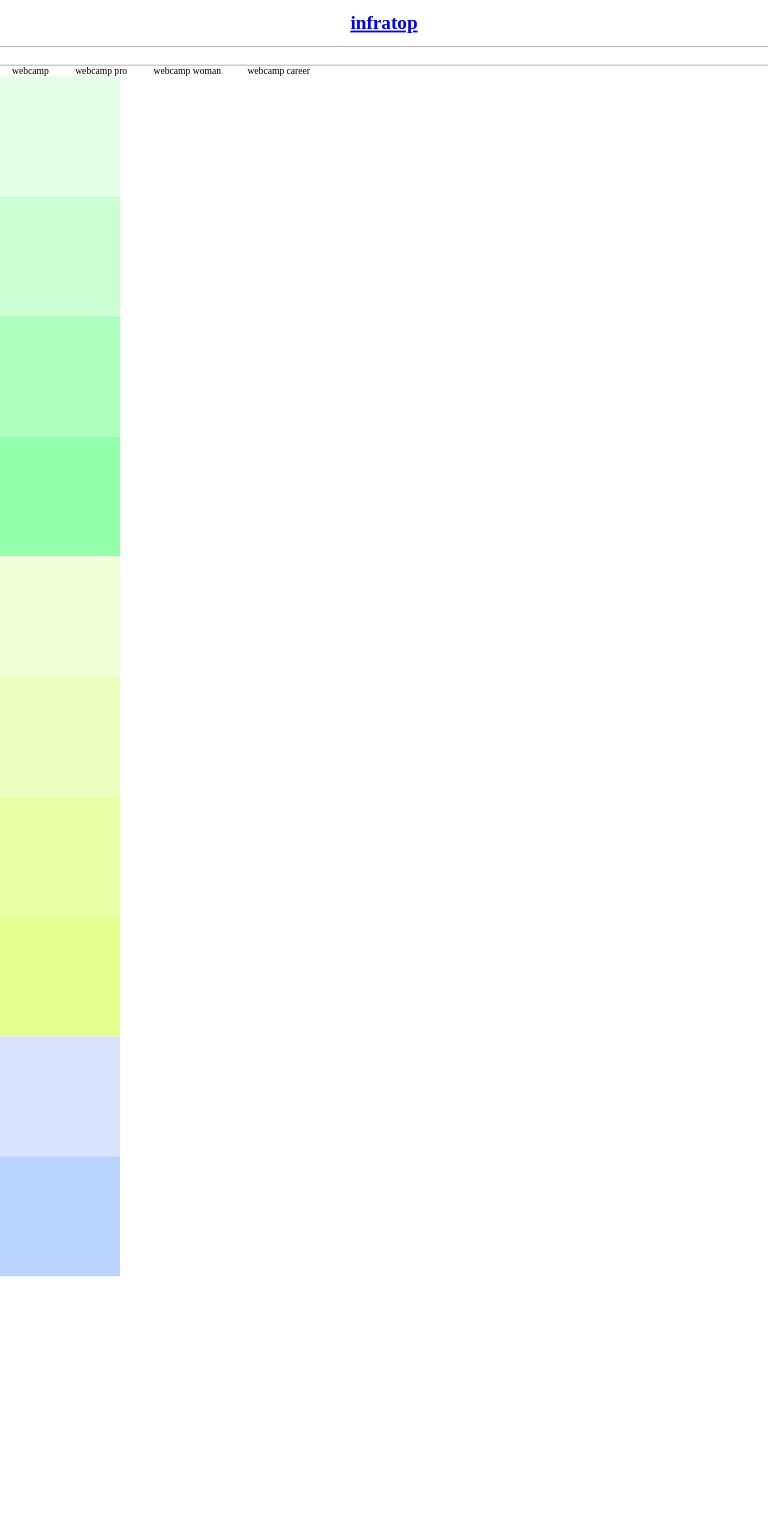
Repository: NANAKUNITA/chapter10
Page: chapter5/chapter5.html
The author's editor kept a record of every edit. The page is drawn from the files as they stood at one moment, then again after the next edit.
The browser window is 1280 px wide. The pictures show the whole page, at 60% of full size.

Above is the page before.

### chapter5/chapter5.html
<!DOCCTYPE html>
<html lang="ja">
  <head>
    <meta charset="UTF-8"/>
    <link rel="stylesheet" href="chapter5.css">
    <title>infratop</title>
  </head>

  <body>
    <header>
      <h1 class="header">
        <a href="chapter5.html">
          infratop
        </a>
      </h1>
    </header>

    <nav>
      <ul class="nav-list"></ul>
        <li class="nav-list-item">webcamp</li>
        <li class="nav-list-item">webcamp pro</li>
        <li class="nav-list-item">webcamp woman</li>
        <li class="nav-list-item">webcamp career</li>
    </nav>

   <div class="box1"></div>
   <div class="box2"></div>
   <div class="box3"></div>
   <div class="box4"></div>
   <div class="box5"></div>
   <div class="box6"></div>
   <div class="box7"></div>
   <div class="box8"></div>
   <div class="box9"></div>
   <div class="box10"></div>
   <div class="box11"></div>
   <div class="box12"></div>
  </body>
</html>

### chapter5/chapter5.css
*{
  margin: 0;
  padding: 0;
  box-sizing: border-box;
}

header{
  width:100%;
  padding:20px 0;
  text-align:center;
}

.nav-list{
  text-align:center;
  padding:15px 0;
  margin:0 auto;
  border-bottom:1px solid #848282;
  border-top:1px solid #848282;
}

.nav-list-item{
  list-style:none;
  display:inline-block;
  margin:0 20px;
}

.main{
  width:800px;
 margin:50px auto;
 display: flex;
 flex-wrap: wrap;
}

.box1{
  width: 200px;
  height: 200px;
  background-color: #e6ffe9;
}

.box2{
  width: 200px;
  height: 200px;
  background-color: #cbffd3;
}

.box3{
  width: 200px;
  height: 200px;
  background-color: #aeffbd;
}

.box4{
  width: 200px;
  height: 200px;
  background-color: #93ffab;
}

.box5{
  width: 200px;
  height: 200px;
  background-color: #f3ffd8;
}

.box6{
  width: 200px;
  height: 200px;
  background-color: #edffbe;
}

.box7{
  width: 200px;
  height: 200px;
  background-color: #e9ffa5;
}

.box8{
  width: 200px;
  height: 200px;
  background-color: #e4ff8d;
}

.box9{
  width: 200px;
  height: 200px;
  background-color: #d9e5ff;
}

.box10{
  width: 200px;
  height: 200px;
  background-color: #bad3ff;
}

.box11{
  width: 200px;
  height: 200px;
  background-color: ;
}

.box12{
  width: 200px;
  height: 200px;
  background-color: ;
}

After the next edit:
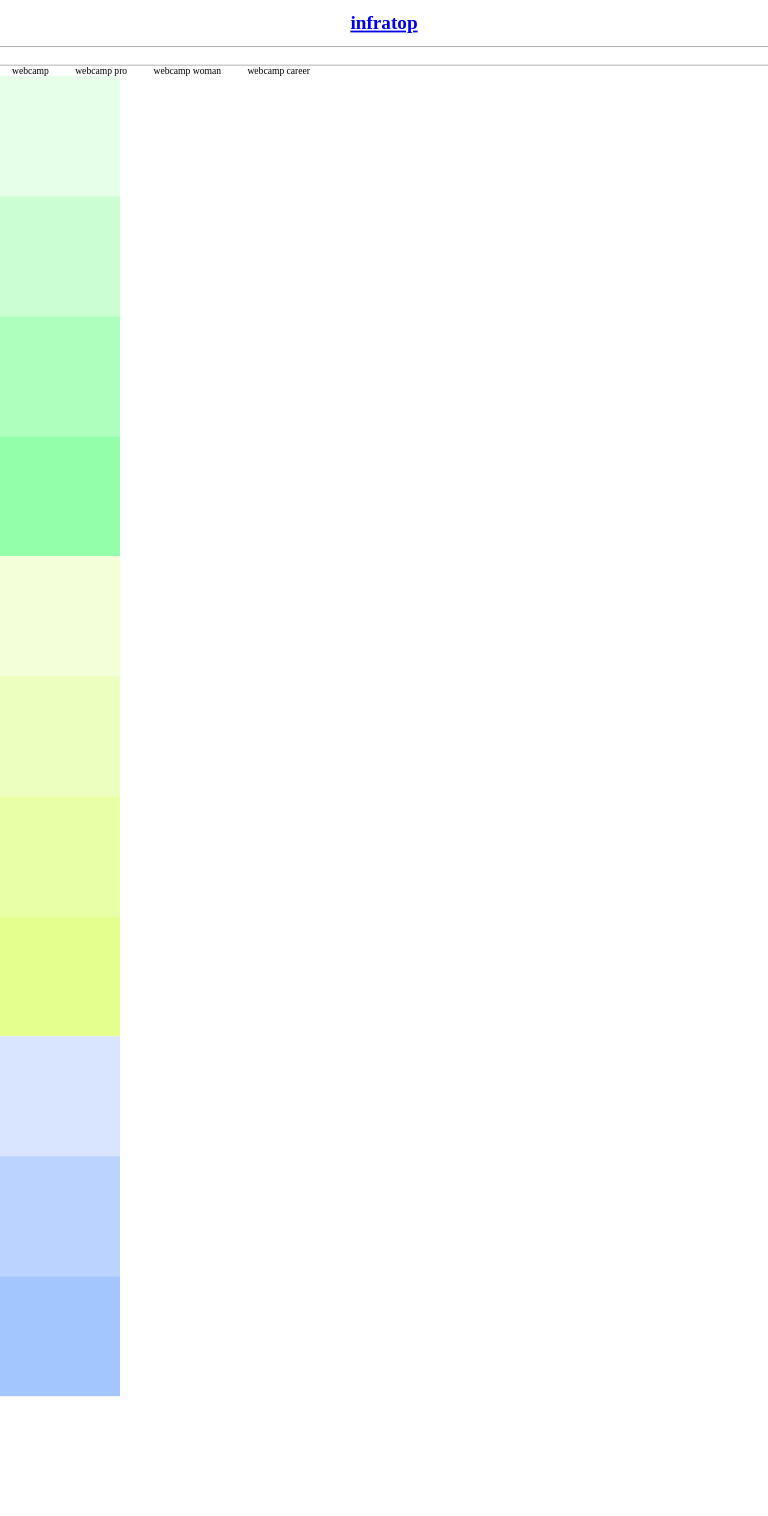
The edit:
--- a/chapter5/chapter5.css
+++ b/chapter5/chapter5.css
@@ -94,7 +94,7 @@
 .box11{
   width: 200px;
   height: 200px;
-  background-color: ;
+  background-color: #a4c6ff;
 }
 
 .box12{
